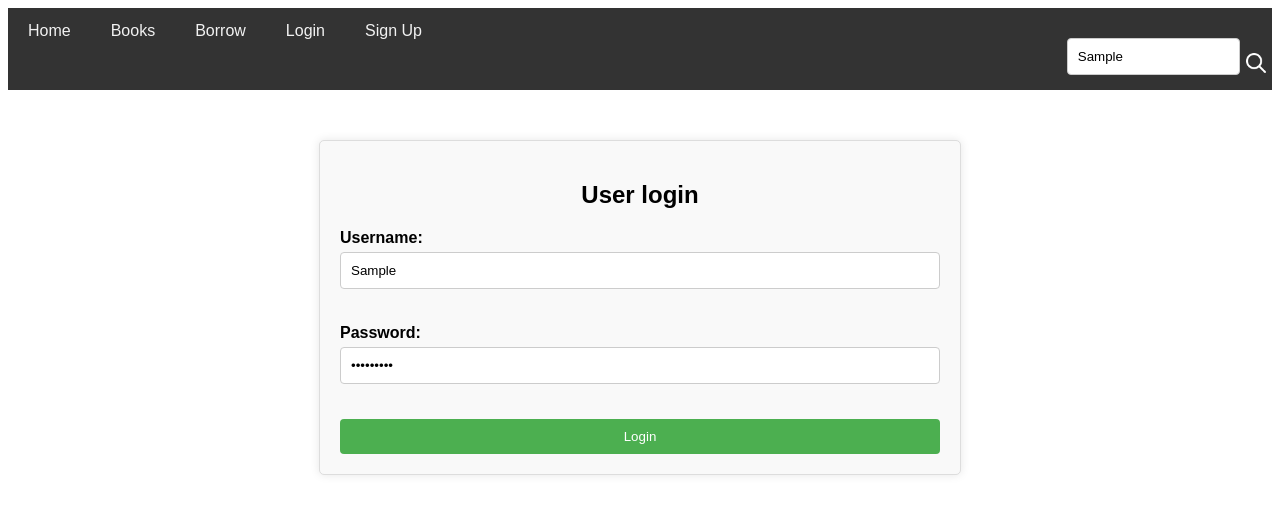
Repository: fadyesk12/Web-Technology-Course-Project
Page: auth/login.html
These files come from the project's save history. The page is drawn as it stood at one moment and after the next save; the edit follows.
The browser window is 1280 px wide. The pictures show the whole page.
Empty fields were first filled with sample values (such as "Sample", 5 or name@example.com).
After loading, the first visible `#userForm` was submitted once.

Above is the page before, as saved 2024-04-20 03:05:06.
Console error: TypeError: FormData.reset is not a function

After the next save:
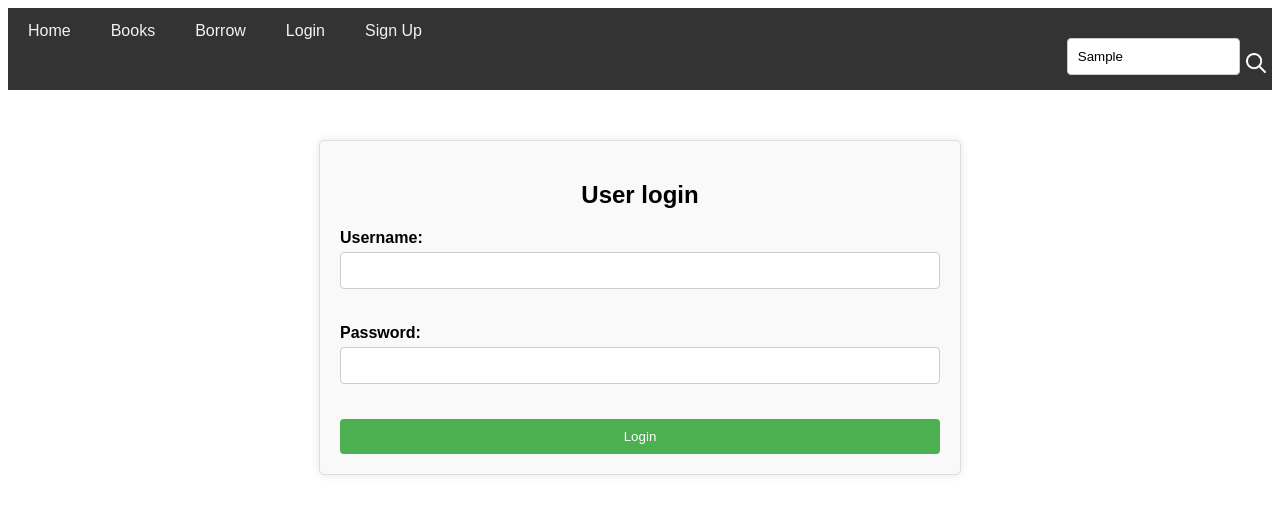
The error is gone.
Saved 15 s later.
--- a/JavaScript/login.js
+++ b/JavaScript/login.js
@@ -30,6 +30,6 @@ document.addEventListener('DOMContentLoaded', function() {
           alert('Login failed. Please check your username and password.');
       }
 
-      FormData.reset();
+      loginForm.reset();
   });
 });
